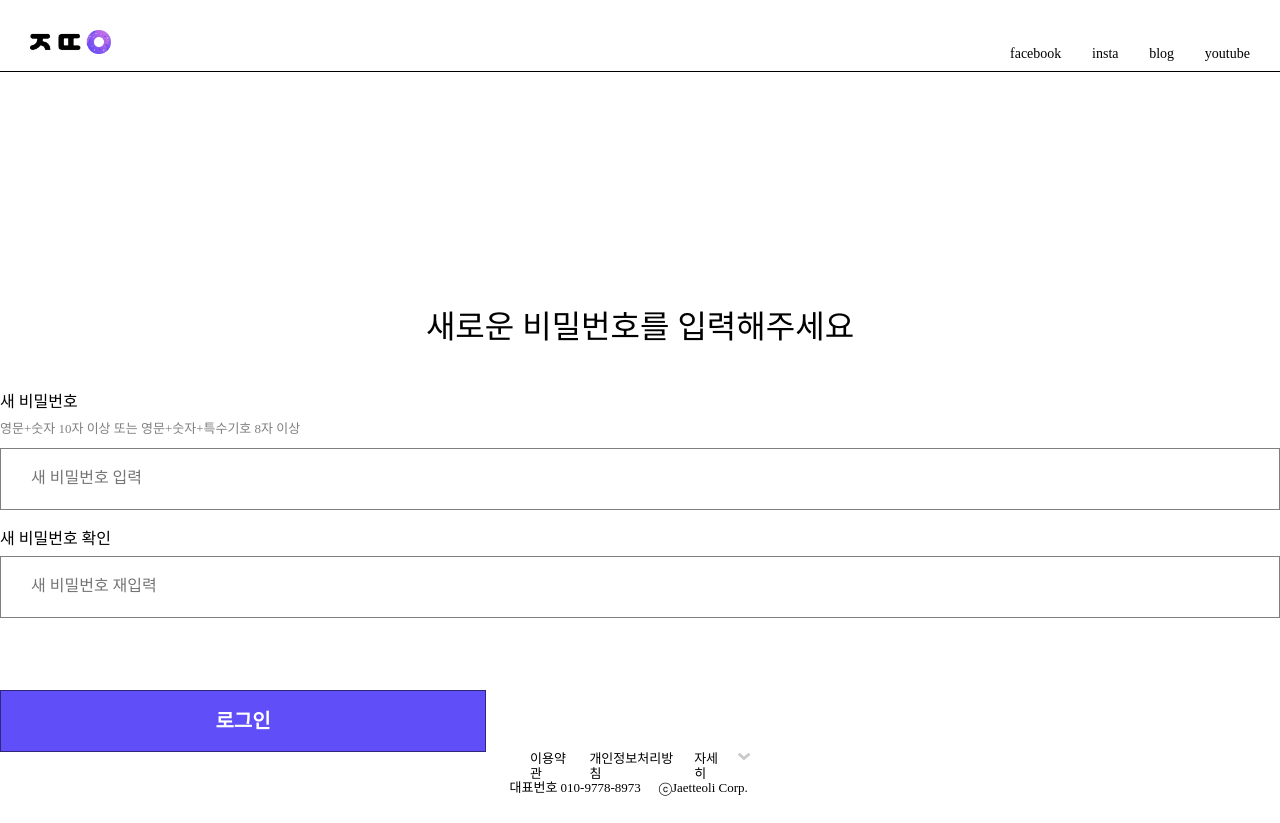
Repository: raoniee/Jaetteoli-React-Project
Page: /help/new-pw
An editor plug-in stored every save of this project. The page is shown before and after the next save, followed by the edit.
The browser window is 1280 px wide. The pictures show the whole page.
Some web fonts or font styles are not loaded; a fallback is used. The project was rebuilt for these pictures with package versions that can differ from the ones it lists, and the page was loaded fresh each time. Also part of the build but not shown: src/component/main/ManageReview.module.css, src/component/main/ReviewContainer.module.css, src/component/main/ReviewItem.module.css, src/component/main/ReviewItem.js, src/component/main/ReviewContainer.js, src/component/sidebar/SideBar.module.css, src/component/sidebar/SideBar.js, src/component/main/ManageReview.js and 53 more.

Above is the page before, as saved 2023-07-06 21:59:12.

After the next save:
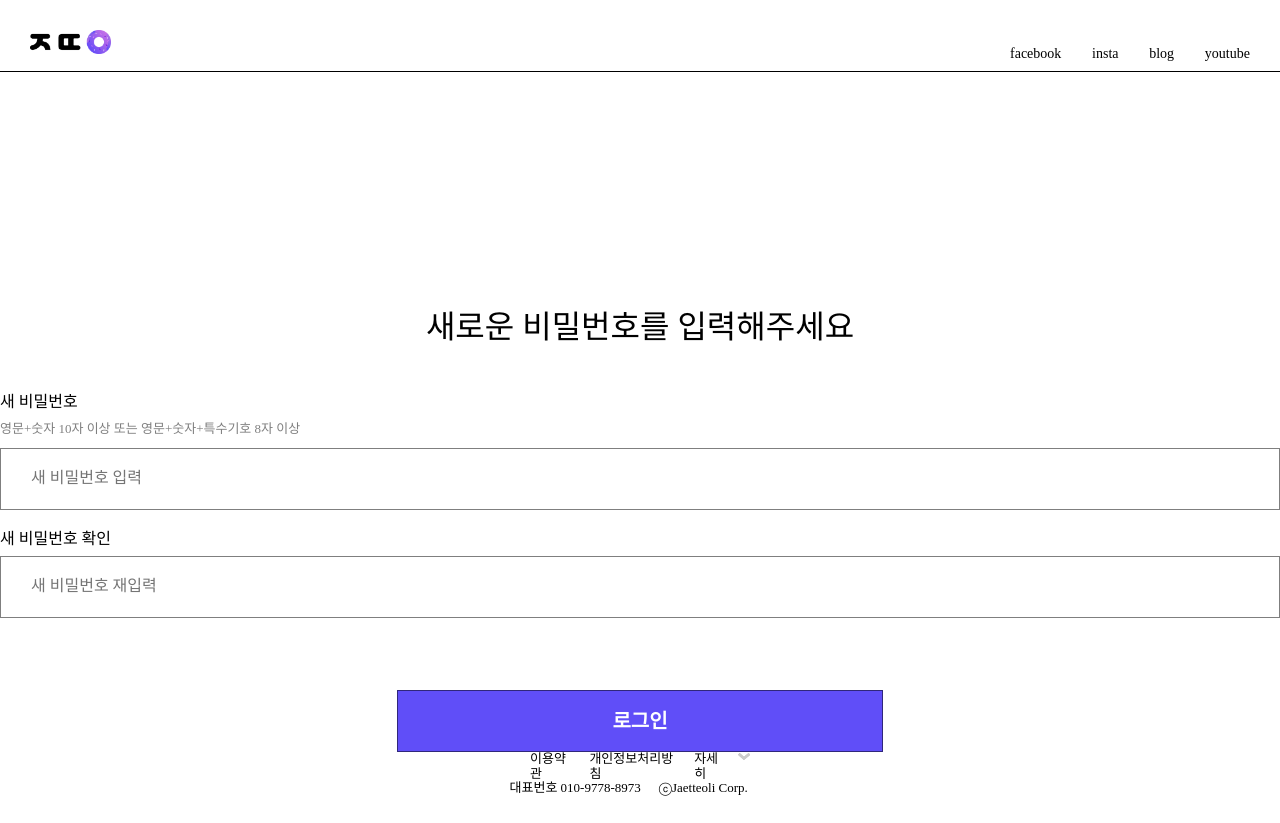
Saved 22 s later.
--- a/src/component/login/PasswordNew.module.css
+++ b/src/component/login/PasswordNew.module.css
@@ -57,6 +57,8 @@
 }
 
 .bluebutton {
+  display: block;
+  margin: 0 auto;
   width: 486px;
   height: 62px;
   border: 1px solid rgba(0, 0, 0, 0.5);
